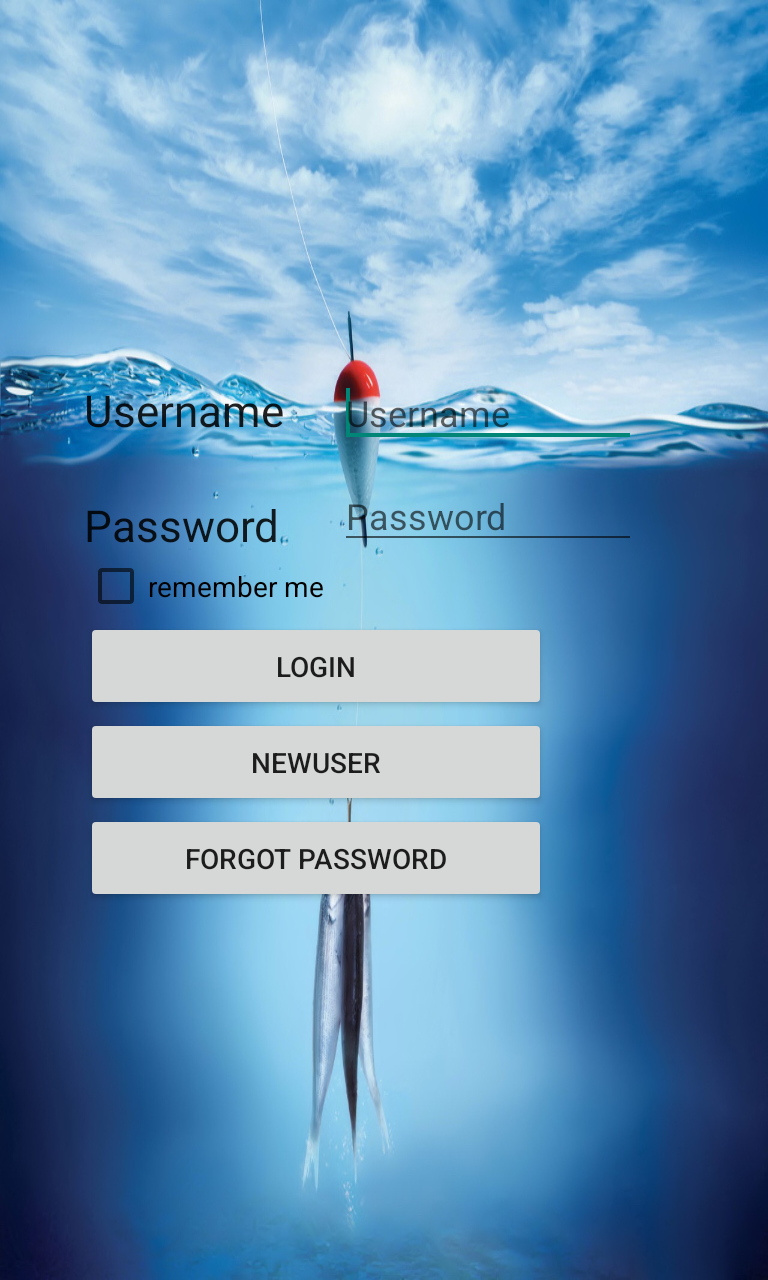
Repository: zerox2012/Fall2014Android
Layout: FishingBuddy/res/layout/activity_login.xml
An editor plug-in stored every save of this project. The layout is shown before and after the next save, followed by the edit.
It is drawn on a 768 x 1280 px phone screen (xhdpi) without system bars, with theme AppTheme; the app's code is not run.

Above is the layout before, as saved 2014-10-20 20:00:58.

After the next save:
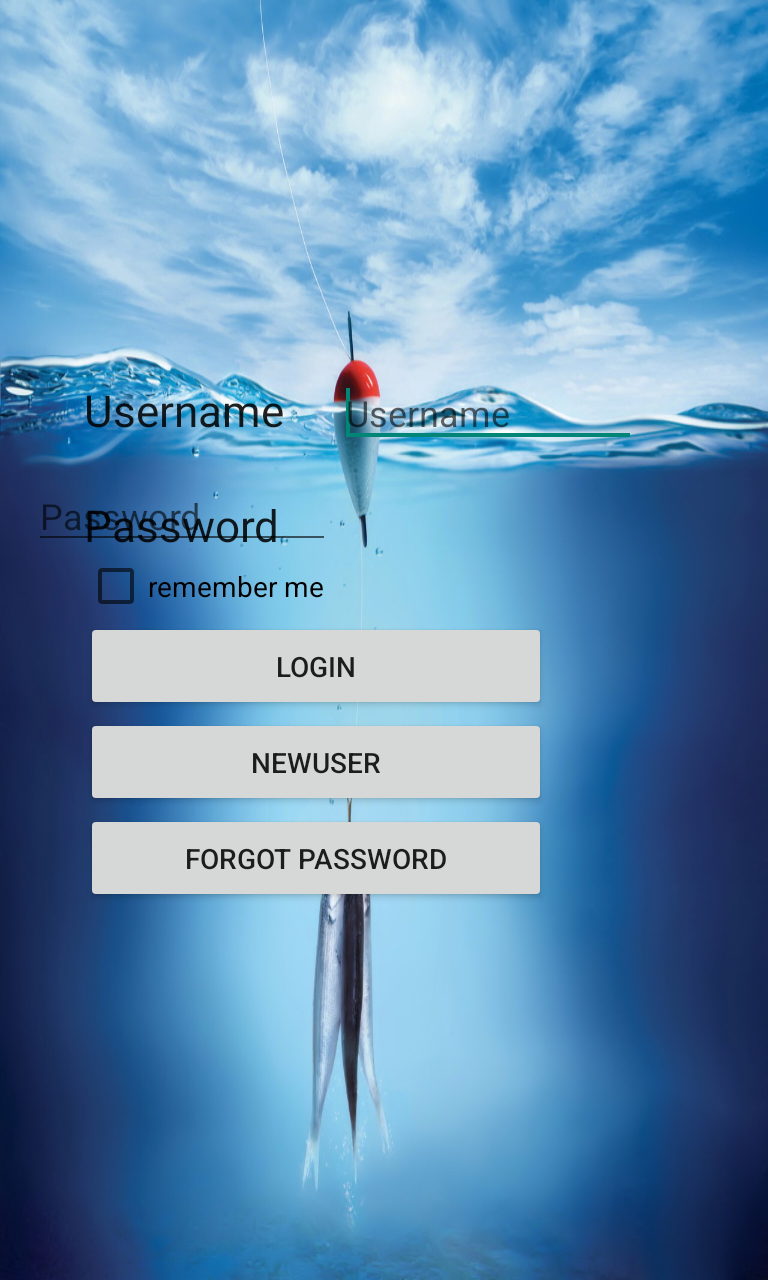
Saved 107 s later.
--- a/FishingBuddy/res/layout/activity_login.xml
+++ b/FishingBuddy/res/layout/activity_login.xml
@@ -22,7 +22,7 @@
     <requestFocus />
 
     <EditText
-        android:id="@+id/username"
+        android:id="@+id/input_username"
         android:layout_width="150dp"
         android:layout_height="wrap_content"
         android:layout_alignBaseline="@+id/textView1"
@@ -35,7 +35,7 @@
         android:scrollHorizontally="false" />
 
     <EditText
-        android:id="@+id/input_username"
+        android:id="@+id/input_password"
         android:layout_width="150dp"
         android:layout_height="wrap_content"
         android:layout_alignBottom="@+id/textView2"

After the save that followed:
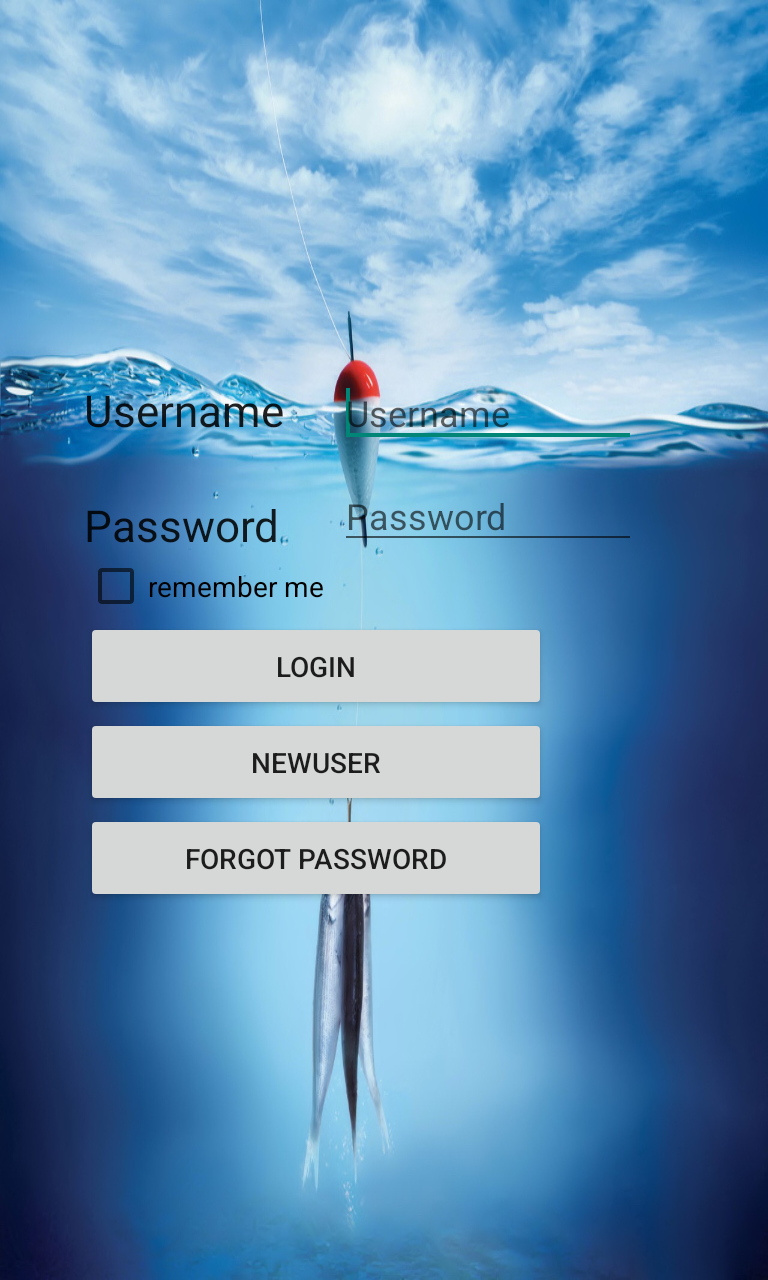
Saved 8 s later.
--- a/FishingBuddy/res/layout/activity_login.xml
+++ b/FishingBuddy/res/layout/activity_login.xml
@@ -39,7 +39,7 @@
         android:layout_width="150dp"
         android:layout_height="wrap_content"
         android:layout_alignBottom="@+id/textView2"
-        android:layout_alignLeft="@+id/username"
+        android:layout_alignLeft="@+id/input_username"
         android:ems="10"
         android:hint="@string/password"
         android:inputType="textPassword" />
